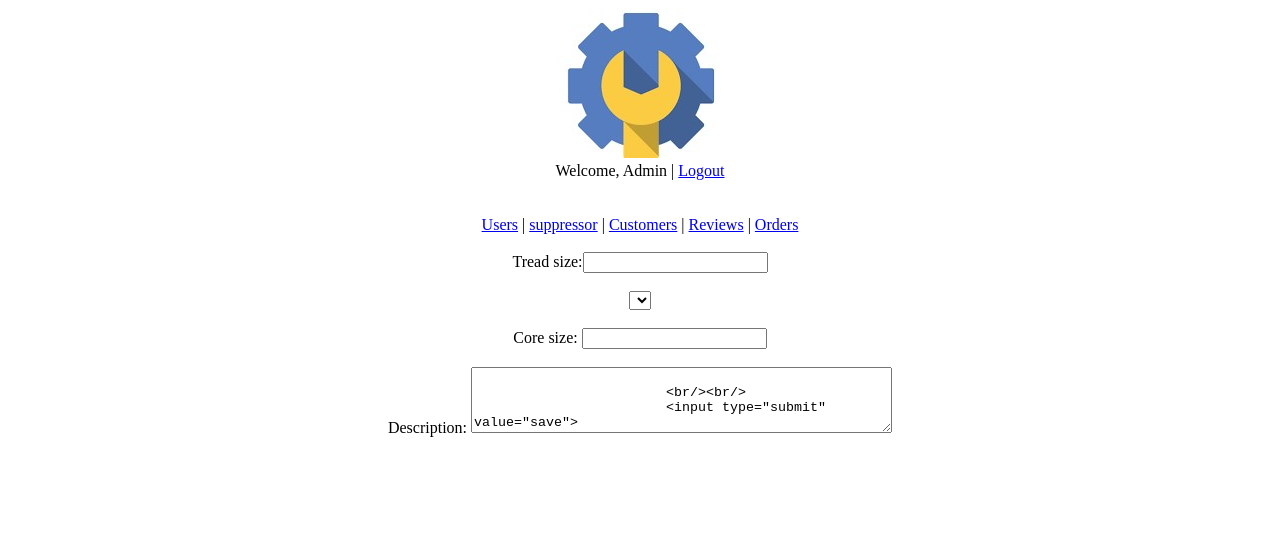
Repository: RezaEftekharzadeh/frey
Page: http://localhost/SilencerStoreProject/admin/silencer_form.jsp
These files come from the project's save history. The page is drawn as it stood at one moment and after the next save; the edit follows.
The browser window is 1280 px wide. The pictures show the whole page.
The page is served by Tomcat 9. Nobody is signed in. The application's start-up code is not run.

Above is the page before, as saved 2020-08-10 07:02:39.

After the next save:
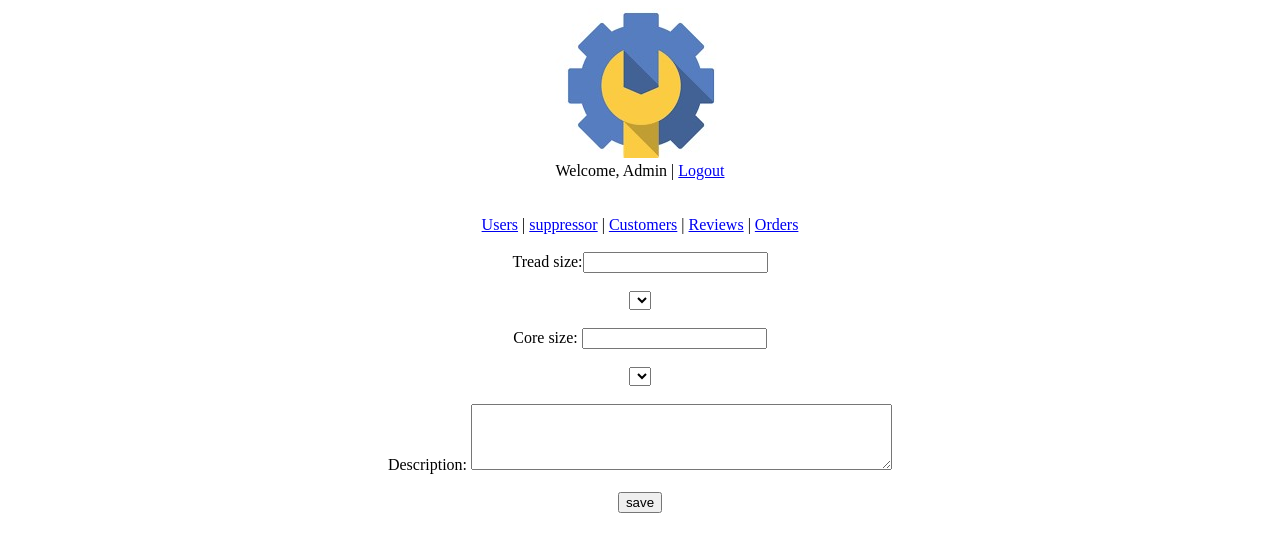
Saved 2 min 5 s later.
--- a/SilencerStoreProject/WebContent/admin/silencer_form.jsp
+++ b/SilencerStoreProject/WebContent/admin/silencer_form.jsp
@@ -24,13 +24,6 @@
 			<br/><br/>
 
 			Core size: <input type="text" name="core">
-
-			<br/><br/>
-			Description: <textarea id="w3review" name="w3review" rows="4" cols="50">
-
-			<br/><br/>
-			<input type="submit" value="save">
-
 			<br/><br/>
 
 			<select>
@@ -38,6 +31,14 @@
 
 			</select>
 
+			<br/><br/>
+			Description: <textarea id="w3review" name="w3review" rows="4" cols="50"></textarea>
+
+			<br/><br/>
+
+			<input type="submit" value="save">
+
+
 
 		</form>
 	</div>
